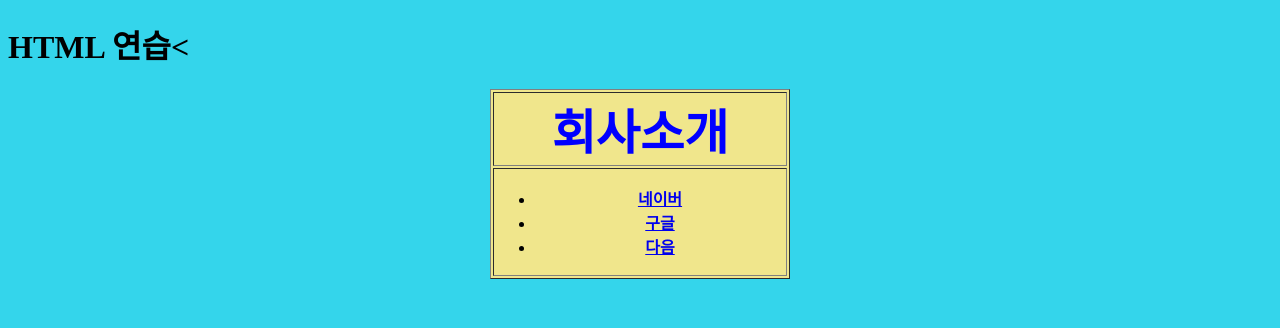
Repository: sika5382/jsp
Page: html/WebContent/NewFile2.html
The author's editor kept a copy of each file at every save. The page is drawn from the files as they stood at one save, then again after the next save.
The browser window is 1280 px wide. The pictures show the whole page.

Above is the page before, as saved 2020-10-29 08:17:08.

### html/WebContent/NewFile2.html
<!DOCTYPE html>
<html>
<head>
<meta charset="UTF-8">
<title>Insert title here</title>
</head>
<body style="background-color:#34d5eb;">
	<h1>
		HTML 연습<

	</h1>
		<table border="1" align="center" width="300" bgcolor="khaki">

			<tr>
				<th colspan="3">
					<font size="7" color ="blue">회사소개
				</th>

			</tr>
			<tr>
				<th>

				<ul>

				<li><a href = "https://www.naver.com/" title="네이버">네이버</li>
				<li><a href = "https://www.naver.com/" title="구글">구글</li>
				<li><a href = "https://www.naver.com/" title="다음">다음</li>

				</ul>
				</th>
			</tr>


	</table>








</body>
</html>

After the next save:
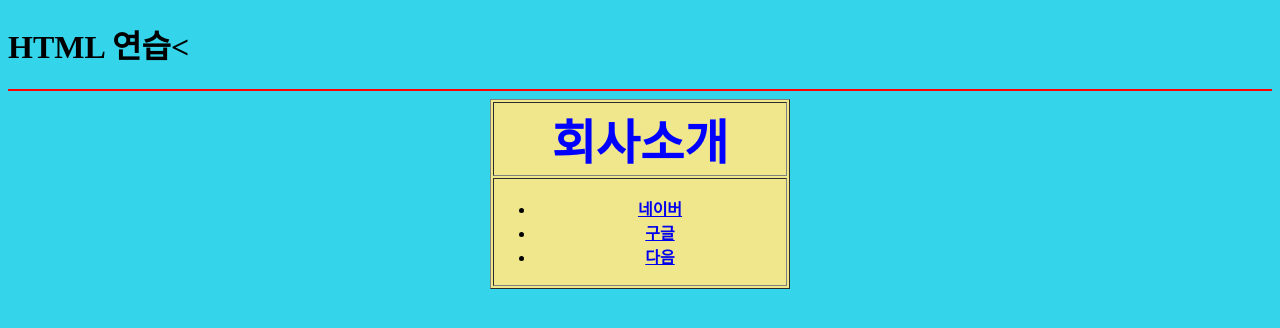
Saved 16 s later.
--- a/html/WebContent/NewFile2.html
+++ b/html/WebContent/NewFile2.html
@@ -17,6 +17,9 @@
 				</th>
 
 			</tr>
+
+			<hr color = "Red">
+
 			<tr>
 				<th>
 
